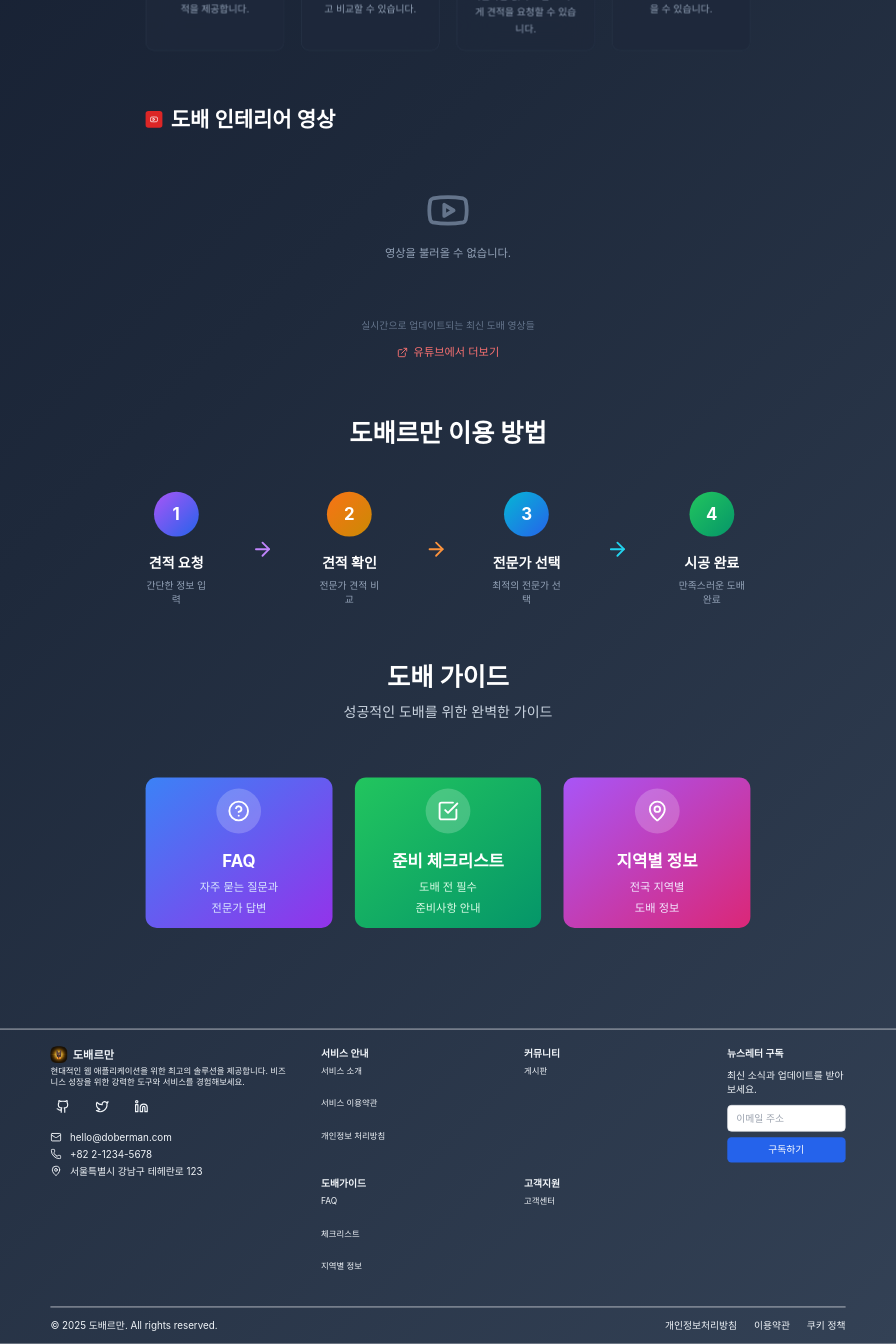
Repository: rambozzang/doberman_nextjs
Page: /
These files come from the project's save history. The page is drawn as it stood at one moment and after the next save; the edit follows.
The browser window is 1280 px wide. The pictures show the part of the page from y = 1531 to 3451 px (the page is 3451 px tall), at 70% of full size.
The page's requests for data from a server got no answer. The project was rebuilt for these pictures with package versions that can differ from the ones it lists, and the page was loaded fresh each time. The framework's server and built-in components were replaced by stand-ins that run in the browser. No one was signed in, and anything a server would have sent is missing. Also part of the build but not shown: next.config.mjs, next.config.ts, src/components/AutoLogoutWarning.tsx, src/components/ForgotPasswordModal.tsx, src/components/LoginModal.tsx, src/components/RegisterModal.tsx.

Above is the page before, as saved 2025-06-28 01:26:37.

### src/components/Footer.tsx
"use client";

import React, { useState } from "react";
import Link from "next/link";
import { motion, AnimatePresence } from "framer-motion";
import { Github, Twitter, Linkedin, Mail, Phone, MapPin, ChevronDown } from "lucide-react";

import Image from "next/image";

interface FooterLink {
  title: string;
  href: string;
}

interface FooterSection {
  title: string;
  links: FooterLink[];
}

interface SocialLink {
  name: string;
  href: string;
  icon: React.ReactNode;
}

interface FooterProps {
  logo?: string;
  description?: string;
  sections?: FooterSection[];
  socialLinks?: SocialLink[];
  contactInfo?: {
    email?: string;
    phone?: string;
    address?: string;
  };
  showNewsletter?: boolean;
}

const defaultSections: FooterSection[] = [
  {
    title: "서비스 안내",
    links: [
      { title: "서비스 소개", href: "/service-intro" },
      { title: "서비스 이용약관", href: "/terms-of-service" },
      { title: "개인정보 처리방침", href: "/privacy-policy" },
    ],
  },
  {
    title: "커뮤니티",
    links: [{ title: "게시판", href: "/board" }],
  },
  {
    title: "도배가이드",
    links: [
      { title: "FAQ", href: "/faq" },
      { title: "체크리스트", href: "/checklist" },
      { title: "지역별 정보", href: "/regional-guide" },
    ],
  },
  {
    title: "고객지원",
    links: [{ title: "고객센터", href: "/customer-support" }],
  },
];

const defaultSocialLinks: SocialLink[] = [
  {
    name: "GitHub",
    href: "https://github.com",
    icon: <Github className="w-5 h-5" />,
  },
  {
    name: "Twitter",
    href: "https://twitter.com",
    icon: <Twitter className="w-5 h-5" />,
  },
  {
    name: "LinkedIn",
    href: "https://linkedin.com",
    icon: <Linkedin className="w-5 h-5" />,
  },
];

const Footer: React.FC<FooterProps> = ({
  logo = "도배르만",
  description = "현대적인 웹 애플리케이션을 위한 최고의 솔루션을 제공합니다. 비즈니스 성장을 위한 강력한 도구와 서비스를 경험해보세요.",
  sections = defaultSections,
  socialLinks = defaultSocialLinks,
  contactInfo = {
    email: "hello@doberman.com",
    phone: "+82 2-1234-5678",
    address: "서울특별시 강남구 테헤란로 123",
  },
  showNewsletter = true,
}) => {
  // 모바일 아코디언 상태 관리
  const [expandedSections, setExpandedSections] = useState<Record<string, boolean>>({});

  // 아코디언 토글 함수
  const toggleSection = (sectionTitle: string) => {
    setExpandedSections(prev => ({
      ...prev,
      [sectionTitle]: !prev[sectionTitle]
    }));
  };

  const handleNewsletterSubmit = (e: React.FormEvent) => {
    e.preventDefault();
    // 뉴스레터 구독 로직
    console.log("뉴스레터 구독");
  };

  return (
    <footer className="bg-background border-t border-border">
      <div className="container mx-auto px-4 sm:px-6 lg:px-8">
        {/* Main Footer Content */}
        <div className="py-4 sm:py-6 lg:py-6">
          <div className="grid grid-cols-1 md:grid-cols-2 lg:grid-cols-12 gap-3 sm:gap-4 lg:gap-6">
            {/* Company Info */}
            <div className="md:col-span-2 lg:col-span-4 space-y-2 sm:space-y-3 lg:space-y-2">
              <motion.div
                initial={{ opacity: 0, y: 20 }}
                whileInView={{ opacity: 1, y: 0 }}
                transition={{ duration: 0.5 }}
                viewport={{ once: true }}
              >
                <Link href="/" className="flex items-center space-x-2 mb-1 sm:mb-2 lg:mb-1">
                  <Image src="/logo.png" alt="logo" width={20} height={20} className="sm:w-6 sm:h-6 lg:w-6 lg:h-6" />
                  <span className="text-sm sm:text-base lg:text-base font-bold text-foreground">{logo}</span>
                </Link>
                <p className="text-muted-foreground text-xs sm:text-sm lg:text-xs leading-snug pr-4 line-clamp-2">
                  {description}
                </p>
              </motion.div>

              {/* Social Links */}
              <motion.div
                initial={{ opacity: 0, y: 20 }}
                whileInView={{ opacity: 1, y: 0 }}
                transition={{ duration: 0.5, delay: 0.1 }}
                viewport={{ once: true }}
                className="flex space-x-2 sm:space-x-3 lg:space-x-3"
              >
                {socialLinks.map((social) => (
                  <motion.a
                    key={social.name}
                    href={social.href}
                    target="_blank"
                    rel="noopener noreferrer"
                    whileHover={{ scale: 1.1 }}
                    whileTap={{ scale: 0.95 }}
                    className="p-1.5 sm:p-2 lg:p-2 rounded-lg bg-accent/50 text-muted-foreground hover:text-foreground hover:bg-accent transition-colors touch-target"
                    aria-label={social.name}
                  >
                    <div className="w-4 h-4 sm:w-4 sm:h-4 lg:w-4 lg:h-4">
                      {social.icon}
                    </div>
                  </motion.a>
                ))}
              </motion.div>

              {/* Contact Info */}
              {contactInfo && (
                <motion.div
                  initial={{ opacity: 0, y: 20 }}
                  whileInView={{ opacity: 1, y: 0 }}
                  transition={{ duration: 0.5, delay: 0.2 }}
                  viewport={{ once: true }}
                  className="space-y-1 sm:space-y-1.5 lg:space-y-1"
                >
                  {contactInfo.email && (
                    <div className="flex items-center space-x-2 sm:space-x-3 text-xs sm:text-sm text-muted-foreground">
                      <Mail className="w-3 h-3 sm:w-4 sm:h-4 flex-shrink-0" />
                      <span className="break-all">{contactInfo.email}</span>
                    </div>
                  )}
                  {contactInfo.phone && (
                    <div className="flex items-center space-x-2 sm:space-x-3 text-xs sm:text-sm text-muted-foreground">
                      <Phone className="w-3 h-3 sm:w-4 sm:h-4 flex-shrink-0" />
                      <span>{contactInfo.phone}</span>
                    </div>
                  )}
                  {contactInfo.address && (
                    <div className="flex items-start space-x-2 sm:space-x-3 text-xs sm:text-sm text-muted-foreground">
                      <MapPin className="w-3 h-3 sm:w-4 sm:h-4 flex-shrink-0 mt-0.5" />
                      <span className="leading-relaxed">{contactInfo.address}</span>
                    </div>
                  )}
                </motion.div>
              )}
            </div>

            {/* Footer Links */}
            <div className="md:col-span-2 lg:col-span-6">
              {/* 데스크톱 버전 - 기존 그리드 */}
              <div className="hidden md:grid grid-cols-2 gap-3 sm:gap-4 lg:gap-6">
                {sections.map((section, index) => (
                  <motion.div
                    key={section.title}
                    initial={{ opacity: 0, y: 20 }}
                    whileInView={{ opacity: 1, y: 0 }}
                    transition={{ duration: 0.5, delay: index * 0.1 }}
                    viewport={{ once: true }}
                    className="space-y-1.5 sm:space-y-2 lg:space-y-1.5"
                  >
                    <h3 className="text-xs sm:text-sm lg:text-sm font-semibold text-foreground">
                      {section.title}
                    </h3>
                    <ul className="space-y-0.5 sm:space-y-1 lg:space-y-0.5">
                      {section.links.map((link) => (
                        <li key={link.title}>
                          <Link
                            href={link.href}
                            className="text-xs sm:text-sm lg:text-xs text-muted-foreground hover:text-foreground transition-colors block py-0.5 lg:py-0.5 touch-target"
                          >
                            {link.title}
                          </Link>
                        </li>
                      ))}
                    </ul>
                  </motion.div>
                ))}
              </div>

              {/* 모바일 버전 - 아코디언 */}
              <div className="md:hidden space-y-2">
                {sections.map((section, index) => (
                  <motion.div
                    key={section.title}
                    initial={{ opacity: 0, y: 20 }}
                    whileInView={{ opacity: 1, y: 0 }}
                    transition={{ duration: 0.5, delay: index * 0.1 }}
                    viewport={{ once: true }}
                    className="border border-slate-700/30 rounded-lg bg-slate-800/20 overflow-hidden"
                  >
                    {/* 아코디언 헤더 */}
                    <button
                      onClick={() => toggleSection(section.title)}
                      className="w-full flex items-center justify-between p-4 text-left hover:bg-slate-700/20 transition-colors touch-target"
                    >
                      <h3 className="text-sm font-semibold text-foreground">
                        {section.title}
                      </h3>
                      <motion.div
                        animate={{ rotate: expandedSections[section.title] ? 180 : 0 }}
                        transition={{ duration: 0.2 }}
                      >
                        <ChevronDown className="w-4 h-4 text-muted-foreground" />
                      </motion.div>
                    </button>

                    {/* 아코디언 컨텐츠 */}
                    <AnimatePresence>
                      {expandedSections[section.title] && (
                        <motion.div
                          initial={{ height: 0, opacity: 0 }}
                          animate={{ height: "auto", opacity: 1 }}
                          exit={{ height: 0, opacity: 0 }}
                          transition={{ duration: 0.3, ease: "easeInOut" }}
                          className="overflow-hidden"
                        >
                          <div className="px-4 pb-4 border-t border-slate-700/30">
                            <ul className="space-y-2 pt-3">
                              {section.links.map((link) => (
                                <motion.li
                                  key={link.title}
                                  initial={{ opacity: 0, x: -10 }}
                                  animate={{ opacity: 1, x: 0 }}
                                  transition={{ duration: 0.2 }}
                                >
                                  <Link
                                    href={link.href}
                                    className="text-sm text-muted-foreground hover:text-foreground transition-colors block py-2 px-2 rounded hover:bg-slate-700/20 touch-target"
                                  >
                                    {link.title}
                                  </Link>
                                </motion.li>
                              ))}
                            </ul>
                          </div>
                        </motion.div>
                      )}
                    </AnimatePresence>
                  </motion.div>
                ))}
              </div>
            </div>

            {/* Newsletter */}
            {showNewsletter && (
              <div className="md:col-span-2 lg:col-span-2">
                <motion.div
                  initial={{ opacity: 0, y: 20 }}
                  whileInView={{ opacity: 1, y: 0 }}
                  transition={{ duration: 0.5, delay: 0.3 }}
                  viewport={{ once: true }}
                  className="space-y-3 lg:space-y-3"
                >
                  <h3 className="text-xs sm:text-sm lg:text-sm font-semibold text-foreground">
                    뉴스레터 구독
                  </h3>
                  <p className="text-xs sm:text-sm lg:text-sm text-muted-foreground">
                    최신 소식과 업데이트를 받아보세요.
                  </p>
                  <form onSubmit={handleNewsletterSubmit} className="space-y-2 lg:space-y-2">
                    <input
                      type="email"
                      placeholder="이메일 주소"
                      className="w-full px-2.5 py-1.5 lg:px-3 lg:py-2 text-xs lg:text-sm bg-background border border-border rounded-md focus:outline-none focus:ring-2 focus:ring-primary focus:border-transparent"
                      required
                    />
                    <button
                      type="submit"
                      className="w-full px-2.5 py-1.5 lg:px-3 lg:py-2 text-xs lg:text-sm bg-blue-600 text-white rounded-md hover:bg-blue-700 transition-colors"
                    >
                      구독하기
                    </button>
                  </form>
                </motion.div>
              </div>
            )}
          </div>
        </div>

        {/* Bottom Bar */}
        <motion.div
          initial={{ opacity: 0 }}
          whileInView={{ opacity: 1 }}
          transition={{ duration: 0.5, delay: 0.4 }}
          viewport={{ once: true }}
          className="py-4 lg:py-4 border-t border-border"
        >
          <div className="flex flex-col md:flex-row justify-between items-center space-y-2 md:space-y-0">
            <div className="text-xs sm:text-sm lg:text-sm text-muted-foreground">
              © {new Date().getFullYear()} {logo}. All rights reserved.
            </div>
            <div className="flex space-x-4 lg:space-x-6">
              <Link
                href="/privacy"
                className="text-xs sm:text-sm lg:text-sm text-muted-foreground hover:text-foreground transition-colors"
              >
                개인정보처리방침
              </Link>
              <Link
                href="/terms"
                className="text-xs sm:text-sm lg:text-sm text-muted-foreground hover:text-foreground transition-colors"
              >
                이용약관
              </Link>
              <Link
                href="/cookies"
                className="text-xs sm:text-sm lg:text-sm text-muted-foreground hover:text-foreground transition-colors"
              >
                쿠키 정책
              </Link>
            </div>
          </div>
        </motion.div>
      </div>
    </footer>
  );
};

export default Footer;

Loaded but not shown: tailwind.config.js (145 lines, source omitted); src/app/page.tsx (898 lines, source omitted); src/components/Header.tsx (549 lines, source omitted); src/app/globals.css (891 lines, source omitted); src/lib/api.ts (171 lines, source omitted); src/services/authService.ts (116 lines, source omitted); src/hooks/useAutoLogout.ts (132 lines, source omitted); src/lib/auth.ts (101 lines, source omitted); src/hooks/useAuth.ts (100 lines, source omitted); src/store/useStore.ts (38 lines, source omitted); src/components/AdSense.tsx (41 lines, source omitted); src/providers/GlobalProvider.tsx (31 lines, source omitted); src/providers/QueryProvider.tsx (25 lines, source omitted); src/services/youtubeService.ts (9 lines, source omitted); src/app/layout.tsx (264 lines, source omitted)

After the next save:
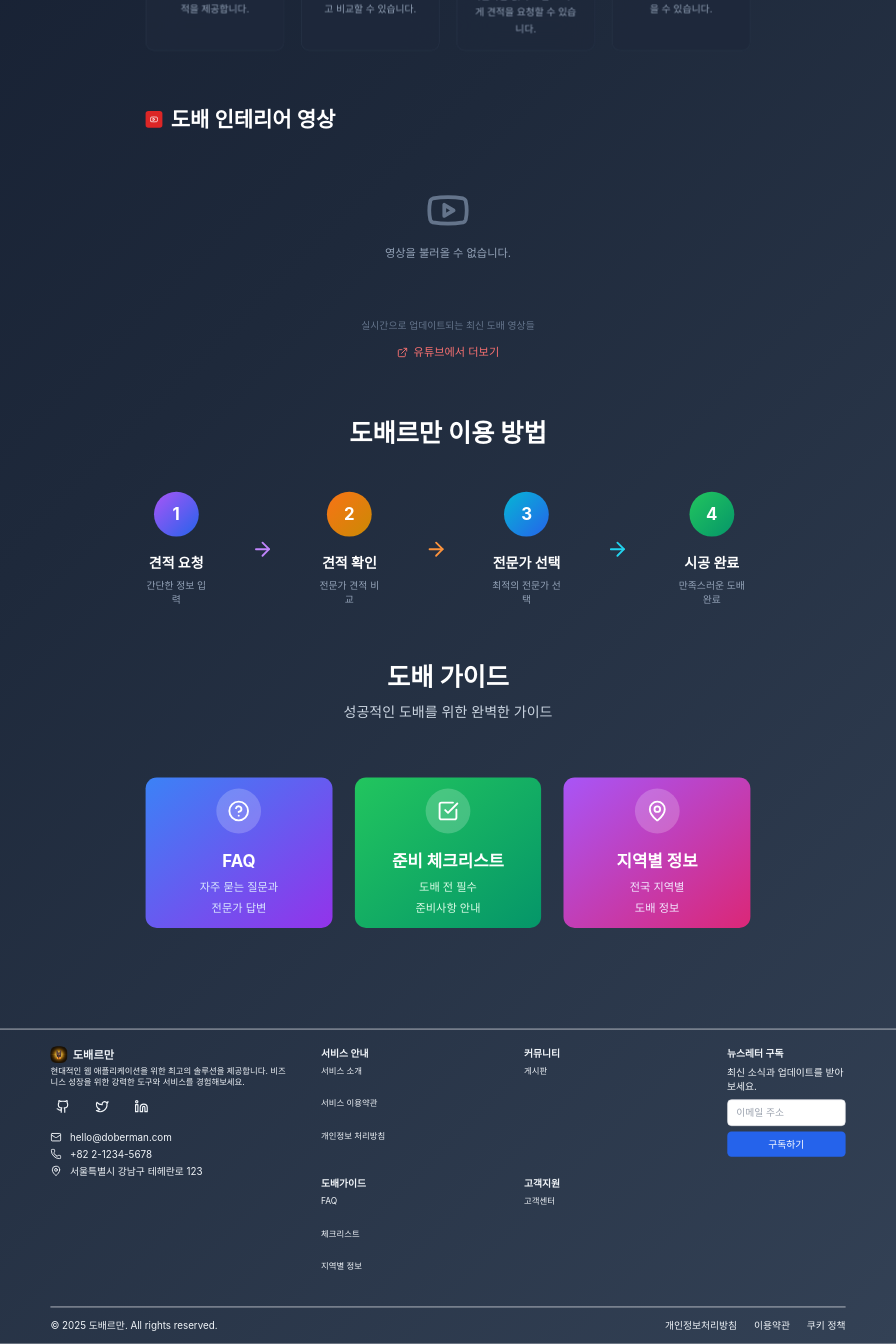
Saved 6 s later.
--- a/src/components/Footer.tsx
+++ b/src/components/Footer.tsx
@@ -294,7 +294,7 @@ const Footer: React.FC<FooterProps> = ({
                   whileInView={{ opacity: 1, y: 0 }}
                   transition={{ duration: 0.5, delay: 0.3 }}
                   viewport={{ once: true }}
-                  className="space-y-3 lg:space-y-3"
+                  className="space-y-2 lg:space-y-2"
                 >
                   <h3 className="text-xs sm:text-sm lg:text-sm font-semibold text-foreground">
                     뉴스레터 구독
